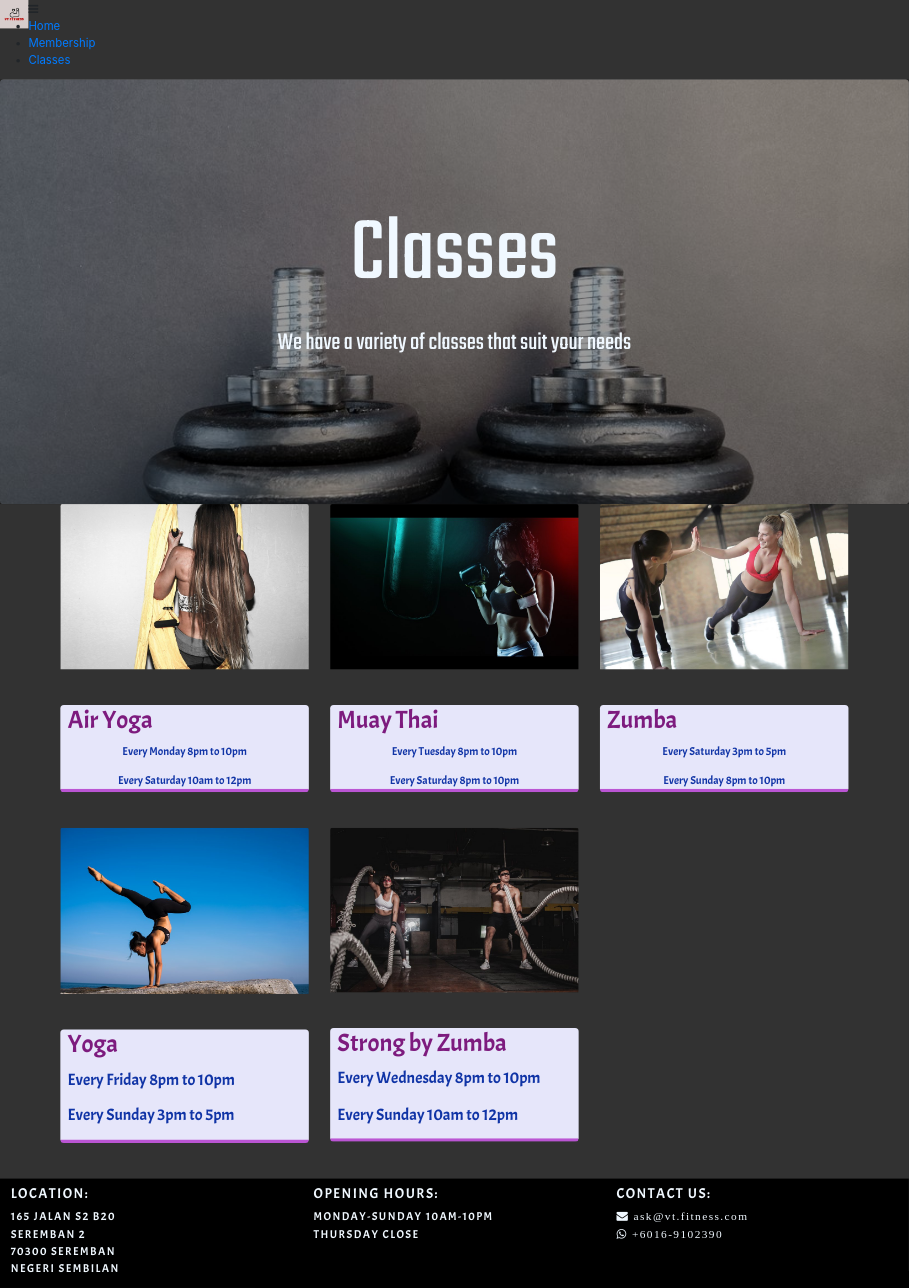
Repository: Code-Institute-Submissions/Project-One-6
Page: classes.html
The author's editor kept a record of every edit. The page is drawn from the files as they stood at one moment, then again after the next edit.
The browser window is 1280 px wide. The pictures show the whole page, at 71% of full size.

Above is the page before.

### classes.html
<!DOCTYPE html>
<html lang="en">

<head>
    <meta charset="UTF-8">
    <meta name="viewport" content="width=device-width, initial-scale=1.0">
    <meta http-equiv="X-UA-Compatible" content="ie=edge">
    <link rel="stylesheet" href="https://stackpath.bootstrapcdn.com/bootstrap/4.3.1/css/bootstrap.min.css" type="text/css" />
    <link rel="stylesheet" href="https://stackpath.bootstrapcdn.com/font-awesome/4.7.0/css/font-awesome.min.css" type="text/css" />
    <link rel="stylesheet" href="https://cdnjs.cloudflare.com/ajax/libs/hover.css/2.3.1/css/hover.css" type="text/css" />
    <link rel="stylesheet" href="style.css" type="text/css" />
    <title>VT Fitness</title>
</head>

<body>
    <header>
        <nav class="navDefault">
            <div>
                <img class="logo" src="images/logo.jpg" />
            </div>
            <div class="dropdown">
                <div class="icon-bars"><i class="fa fa-bars icon"></i></div>
                <ul class="dropdownMenu">
                    <li class="dropdownItem"><a href="index.html" class="dropdownLink">Home</a></li>
                    <li class="dropdownItem"><a href="membership.html" class="dropdownLink">Membership</a></li>
                    <li class="dropdownItem"><a href="classes.html" class="dropdownLink">Classes</a></li>
                </ul>
            </div>
        </nav>
    </header>
    <section>
        <div class="jumbotron" id="classes">
            <div class="schedule">
                <p class="membership-title">Classes</p>
                <p class="membership-quote">We have a variety of classes that suit your needs</p>
            </div>
        </div>
    </section>
    <section>
        <div class="container">
        <div class="row">
            <div class="col-sm-12 col-md-4">
                <img src="images/air yoga.jpg" class="card-img-top">
                <div class="card-body-class">
                    <h4 class="card-title">Air Yoga</h4>
                    <p class="card-text">Every Monday 8pm to 10pm</p>
                    <p class="card-text">Every Saturday 10am to 12pm</p>
                </div>
            </div>
            <div class="col-sm-12 col-md-4">
                <img src="images/muay thai.jpg" class="card-img-top">
                <div class="card-body-class">
                    <h4 class="card-title">Muay Thai</h4>
                    <p class="card-text">Every Tuesday 8pm to 10pm</p>
                    <p class="card-text">Every Saturday 8pm to 10pm</p>
                </div>
            </div>
            <div class="col-sm-12 col-md-4">
                <img src="images/zumba.jpg" class="card-img-top">
                <div class="card-body-class">
                    <h4 class="card-title">Zumba</h4>
                    <p class="card-text">Every Saturday 3pm to 5pm</p>
                    <p class="card-text">Every Sunday 8pm to 10pm</p>
                </div>
            </div>
        </div>
        <div class="row">
            <div class="col-sm-12 col-md-4">
                <img src="images/yoga.jpg" class="card-img-top">
                <div class="card-body-class">
                    <h4 class="card-title">Yoga</h4>
                    <p class="text">Every Friday 8pm to 10pm</p>
                    <p class="text">Every Sunday 3pm to 5pm</p>
                </div>
            </div>
            <div class="col-sm-12 col-md-4">
                <img src="images/strong by zumba.jpg" class="card-img-top">
                <div class="card-body-class">
                    <h4 class="card-title">Strong by Zumba</h4>
                    <p class="text">Every Wednesday 8pm to 10pm</p>
                    <p class="text">Every Sunday 10am to 12pm</p>
                </div>
            </div>
        </div>
    </section>
    <footer class="container-fluid">
        <div class="row">
            <div id="footer-detail" class="col-sm-4 cap">
                <h5 class="inline-block">Location:</h5>
                <p>165 Jalan S2 B20
                    <br>Seremban 2
                    <br>70300 Seremban
                    <br>Negeri Sembilan</p>
            </div>
            <div id="footer-detail" class="col-sm-4 cap">
                <h5 class="inline-block">Opening Hours:</h5>
                <p>Monday-Sunday 10am-10pm
                    <br>Thursday close
                </p>
            </div>
            <div id="footer-detail" class="col-sm-4">
                <h5 class="cap">Contact Us:</h5>
                <ul class="list-inline social">
                    <li>
                        <i class="fa fa-envelope" aria-hidden="true">
                    <span>ask@vt.fitness.com</span>
                    </i>
                    </li>
                    <li>
                        <i class="fa fa-whatsapp" aria-hidden="true">
                    <span>+6016-9102390</span>
                    </i>
                    </li>
                </ul>
            </div>
        </div>

    </footer>
</body>

</html>

### style.css
@import url('https://fonts.googleapis.com/css?family=Acme|Bangers|Lilita+One|Pacifico|Teko&display=swap');

/*-------------------------------------Header------------------------------------*/

header {
    margin: 0;
}

body {
    background-color: #323232;
}

/*-------------------------------------Nav Bar------------------------------------*/

.logo {
    width: 40px;
    height: 40px;
    float: left;
}

.dropdown-item {
    text-align: center;
    font-family: "Acme", sans-serif;
    color: #0080fe;
    width: 150px;
    background-color: rgba(0, 0, 0, 0.2);
    float: right;
}

.dropdown-item:hover {
    text-decoration: none;
    text-align: center;
    color: #f0f8ff;
    width: 150px;
    background-color: rgba(0, 0, 0, 0.7);
}

/*-----------------------------------Home page-----------------------------------*/

#workout {
    background-attachment: scroll;
    background-image: url('images/Workout.jpg');
    background-position: center;
    background-size: cover;
    background-repeat: no-repeat;
    height: 100vh;
    width: 100vw;
    margin-bottom: 0px;
    z-index: -1;
    padding: 0;
}

.vertical-center {
    margin: 0;
    position: absolute;
    top: 50%;
    left: 50%;
    transform: translate(-50%, -50%);
}

.banner-slogan {
    font-family: "teko", sans-serif;
    color: #f0f8ff;
    margin: 0;
    text-align: center;
}

.banner-title {
    font-family: "teko", sans-serif;
    color: #f0f8ff;
    margin: 0;
    text-align: center;
}

.banner-quote {
    font-family: "teko", sans-serif;
    color: #f0f8ff;
    margin-bottom: 10px;
    text-align: center;
}

@media only screen and (max-width: 576px) {
    .banner-slogan {
        font-size: 45px;
        width: 350px;
    }
    .banner-title {
        font-size: 25px;
        width: 350px;
    }
    .banner-quote {
        font-size: 20px;
        width: 350px;
    }
}

@media only screen and (min-width: 577px) and (max-width: 768px) {
    .banner-slogan {
        font-size: 70px;
        width: 500px;
    }
    .banner-title {
        font-size: 30px;
        width: 500px;
    }
    .banner-quote {
        font-size: 25px;
        width: 500px;
    }
}

@media only screen and (min-width: 769px) and (max-width: 992px) {
    .banner-slogan {
        font-size: 95px;
        width: 700px;
    }
    .banner-title {
        font-size: 40px;
        width: 700px;
    }
    .banner-quote {
        font-size: 32px;
        width: 700px;
    }
}

@media only screen and (min-width: 993px) {
    .banner-slogan {
        font-size: 115px;
        width: 850px;
    }
    .banner-title {
        font-size: 50px;
        width: 850px;
    }
    .banner-quote {
        font-size: 38px;
        width: 850px;
    }
}

.btn {
    margin: 0 auto;
    display: block;
}

.btn>a {
    font-family: "Bangers", sans-serif;
    color: #f0f8ff;
    text-transform: uppercase;
}

.btn>a:hover {
    text-decoration: none;
    color: #000000;
}

/*------------------------------------Core Value----------------------------------*/

.cv-title {
    text-align: center;
    font-family: "Bangers", sans-serif;
    color: #990000;
    font-size: 50px;
    margin-bottom: 70px;
    margin-top: 0;
}

.core-value {
    margin: 0;
    padding-top: 50px;
    padding-left: 80px;
    padding-right: 80px;
}

/*------------------------------------Sign Up------------------------------------*/

#signup {
    background-image: url('images/counter.jpg');
    background-size: cover;
    background-attachment: scroll;
    background-repeat: no-repeat;
    background-position: center;
    z-index: -1;
    margin: 0;
    padding: 0;
}

.signup-form {
    padding-top: 150px;
    padding-bottom: 150px;
    background-color: rgba(0, 0, 0, 0.5);
}

.title {
    font-family: "teko", sans-serif;
    color: #f6fffb;
    margin: 0 auto;
    text-align: center;
}

.quote {
    font-family: "Acme", sans-serif;
    color: #f0f8ff;
    text-align: center;
    margin: 0 auto;
}

@media only screen and (max-width: 576px) {
    .title {
        font-size: 50px;
        width: 300px;
    }
    .quote {
        font-size: 15px;
        width: 300px;
    }
}

@media only screen and (min-width: 577px) and (max-width: 768px) {
    .title {
        font-size: 70px;
        width: 500px;
    }
    .quote {
        font-size: 20px;
        width: 500px;
    }
}

@media only screen and (min-width: 769px) and (max-width: 992px) {
    .title {
        font-size: 90px;
        width: 700px;
    }
    .quote {
        font-size: 30px;
        width: 700px;
    }
}

@media only screen and (min-width: 993px) {
    .title {
        font-size: 105px;
        width: 850px;
    }
    .quote {
        font-size: 35px;
        width: 850px;
    }
}

/*-------------------------------------Video------------------------------------*/

.video {
    text-align: center;
    background-image: url('images/gym.jpg');
}

.video-title {
    font-family: "Lilita One", sans-serif;
    color: #5c5c5c;
    margin-bottom: 0px;
}

@media only screen and (min-width: 768px) and (max-width: 992px) {
    .video-title {
        font-size: 45px;
    }
}

@media only screen and (min-width: 993px) {
    .video-title {
        font-size: 70px;
    }
}

/*-------------------------------------Footer------------------------------------*/

footer {
    background-color: #000000;
    color: #f0f8ff;
    bottom: 0;
}

#footer-detail {
    font-size: 16px;
    font-weight: 100;
    font-family: "Acme", sans-serif;
    letter-spacing: 2px;
    color: #f0f8ff;
    margin-top: 10px;
}

.cap {
    text-transform: uppercase;
}

.details {
    font-size: 16px;
    font-weight: 100;
    font-family: "Acme", sans-serif;
}

/*----------------------------------Membership----------------------------------*/

#membership {
    background-attachment: scroll;
    background-image: url('images/membership.jpg');
    background-position: center;
    background-size: cover;
    background-repeat: no-repeat;
    height: 100vh;
    width: 100vw;
    margin-bottom: 0px;
    z-index: -1;
}

.membership-title {
    font-family: "teko", sans-serif;
    color: #f0f8ff;
    text-align: center;
    margin: 0;
}

.membership-quote {
    font-family: "teko", sans-serif;
    color: #f0f8ff;
    text-align: center;
    margin: 0;
}

.package {
    margin-top: 40px;
    margin-bottom: 80px;
    text-align: center;
}

.slogan {
    font-family: "teko", sans-serif;
    color: #f6fffb;
    padding: 0;
    margin: 0;
}

.card-header {
    background-color: #ffffff;
    border-top: 5px solid #ba55d3;
    font-family: "acme", sans-serif;
    font-size: 25px;
    color: #7d1b7e;
}

.card-body {
    background-color: #e6e6fa;
}

.card-text {
    font-family: "acme", sans-serif;
    color: #1034a6;
    text-align: center;
}

.card-footer {
    background-color: #ffffff;
    font-family: "acme", sans-serif;
    font-size: 25px;
    color: #7d1b7e;
    padding: 5;
}

.slogan-text {
    font-family: "teko", sans-serif;
    font-size: 30px;
    color: #f6fffb;

}

@media only screen and (max-width: 576px) {
    .membership-title {
        font-size: 55px;
    }
    .membership-quote {
        font-size: 25px;
    }
    .slogan {
        font-size: 50px;
    }
    .slogan-text {
        font-size: 20px;
    }
    .card-footer {
        margin-bottom: 20px;
    }
}

@media only screen and (min-width: 577px) and (max-width: 768px) {
    .membership-title {
        font-size: 80px;
    }
    .membership-quote {
        font-size: 25px;
    }
    .slogan {
        font-size: 65px;
    }
    .slogan-text {
        font-size: 25px;
    }
    .card-footer {
        margin-bottom: 20px;
    }
}

@media only screen and (min-width: 769px) and (max-width: 992px) {
    .membership-title {
        font-size: 110px;
    }
    .membership-quote {
        font-size: 30px;
    }
    .slogan {
        font-size: 85px;
    }
    .slogan-text {
        font-size: 30px;
    }
}

@media only screen and (min-width: 993px) {
    .membership-title {
        font-size: 130px;
    }
    .membership-quote {
        font-size: 35px;
    }
    .slogan {
        font-size: 100px;
    }
    .slogan-text {
        font-size: 30px;
    }
}



/*----------------------------------Classes----------------------------------*/

#classes {
    background-attachment: scroll;
    background-image: url('images/class.jpg');
    background-position: center;
    background-size: cover;
    background-repeat: no-repeat;
    z-index: -1;
    padding: 0;
    margin: 0;
}

.schedule {
    padding-top: 150px;
    padding-bottom: 200px;
    background-color: rgba(0,0,0,0.4);
}

.card-body-class {
    background-color: #e6e6fa;
    margin-top: 50px;
    margin-bottom: 50px;
    border-radius: 5px;
    border-bottom: 5px solid #ba55d3;
}

.card-title {
    font-family: "acme", sans-serif;
    font-size: 35px;
    color: #7d1b7e;
    padding-left: 10px;
}

.text {
    font-family: "acme", sans-serif;
    font-size: 23px;
    color: #1034a6;
    padding-left: 10px;
}

@media only screen and (max-width: 576px) {
    .card-body-class {
        margin-top: 20px;
        margin-bottom: 20px;
    }
    .text {
    font-size: 18px;
    }
}

@media only screen and (min-width: 577px) and (max-width: 768px) {
    .card-body-class {
        margin-top: 20px;
        margin-bottom: 20px;
    }
    .text {
    font-size: 18px;
    }
}

After the next edit:
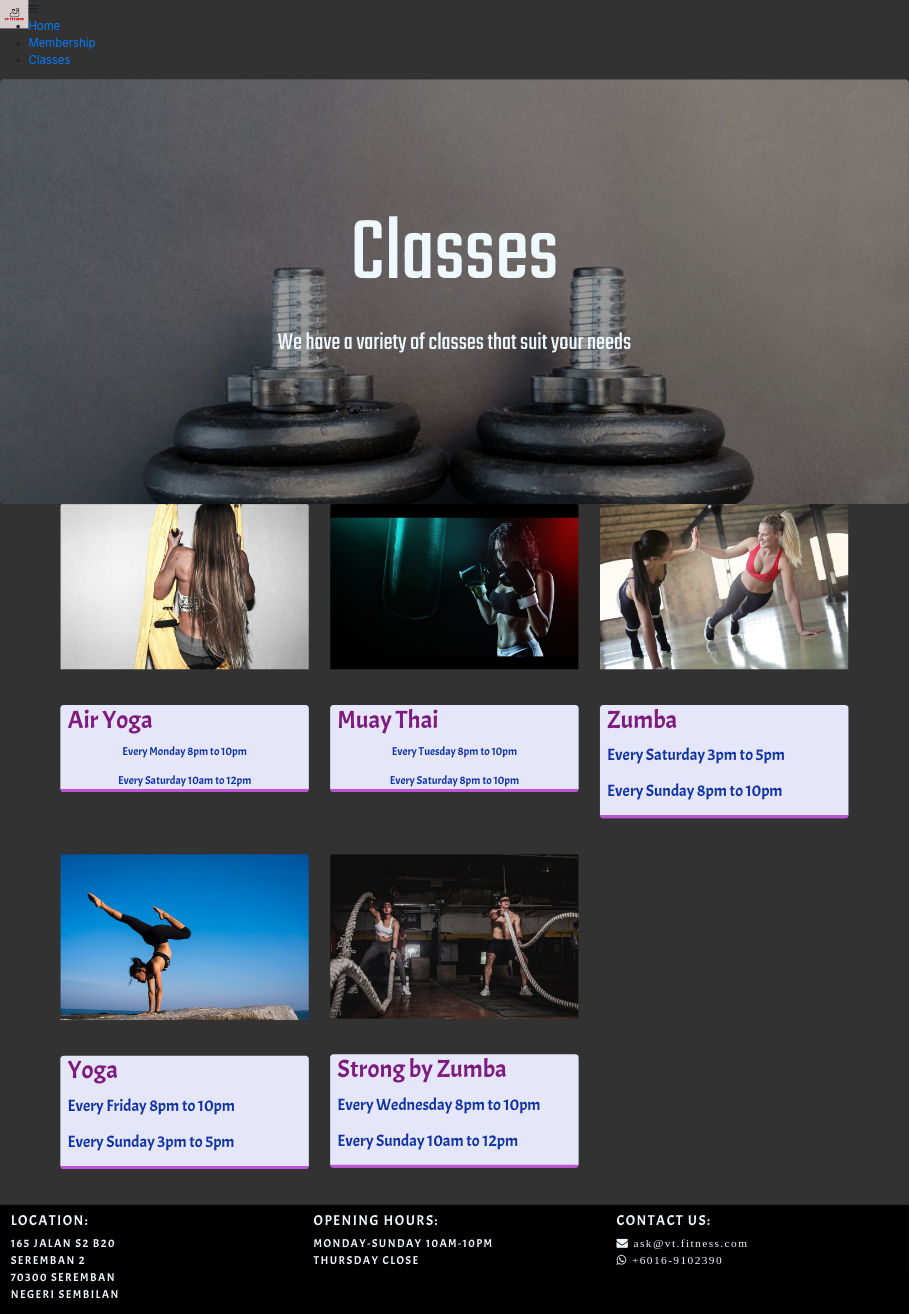
The edit:
--- a/classes.html
+++ b/classes.html
@@ -59,8 +59,8 @@
                 <img src="images/zumba.jpg" class="card-img-top">
                 <div class="card-body-class">
                     <h4 class="card-title">Zumba</h4>
-                    <p class="card-text">Every Saturday 3pm to 5pm</p>
-                    <p class="card-text">Every Sunday 8pm to 10pm</p>
+                    <p class="text">Every Saturday 3pm to 5pm</p>
+                    <p class="text">Every Sunday 8pm to 10pm</p>
                 </div>
             </div>
         </div>
